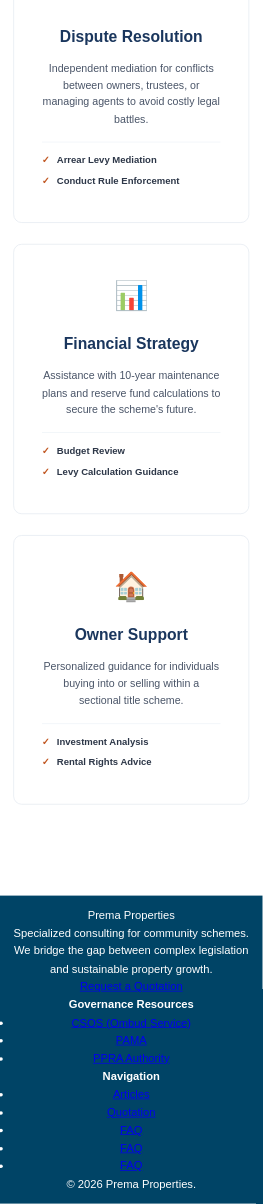
Repository: mnqobiMenzi/Prema-Properties
Page: services.html
The author's editor kept a copy of each file at every save. The page is drawn from the files as they stood at one save, then again after the next save.
The browser window is 375 px wide. The pictures show the part of the page from y = 1128 to 3368 px (the page is 2848 px tall before and 3368 px after), at 70% of full size.

Above is the page before, as saved 2026-02-08 10:47:41.

### services.html
<!DOCTYPE html>
<html lang="en">
<head>
  <meta charset="UTF-8">
  <meta name="viewport" content="width=device-width, initial-scale=1.0">
  <title>Prema Properties</title>
  <link rel="stylesheet" href="CSS/style.css">
</head>
<body>

  <!-- Header / Navigation -->
  <header>
    <div class="logo">Prema Properties</div>
    <nav>
      <a href="index.html">Home</a>
      <a href="about-us.html">About</a>
      <a href="contact-us.html">Contact</a>
      <a href="#services" class="active">Services</a>
      <a href="appointment.html">Book an Appointment</a>
      <a href="quote.html">Get a quotation</a>
      <a href="FAQ.html">FAQ</a>
    </nav>
  </header>
  <!-- Services Section -->
 <section id="services" class="services-page container reveal">
  <div class="services-intro">
    <span class="label">Our Expertise</span>
    <h2>Specialized Sectional Title Solutions</h2>
    <p>Providing end-to-end guidance for Trustees, Bodies Corporate, and Owners.</p>
  </div>

  <div class="service-grid">
    <div class="service-card">
      <div class="service-icon">⚖️</div>
      <h3>Sectional Title Consultation</h3>
      <p>Expert interpretation of the STSM Act and CSOS regulations to ensure your scheme remains fully compliant.</p>
      <ul class="service-features">
        <li>Rule Drafting & Amendment</li>
        <li>Governance Audits</li>
      </ul>
    </div>

    <div class="service-card">
      <div class="service-icon">🤝</div>
      <h3>Dispute Resolution</h3>
      <p>Independent mediation for conflicts between owners, trustees, or managing agents to avoid costly legal battles.</p>
      <ul class="service-features">
        <li>Arrear Levy Mediation</li>
        <li>Conduct Rule Enforcement</li>
      </ul>
    </div>

    <div class="service-card">
      <div class="service-icon">📊</div>
      <h3>Financial Strategy</h3>
      <p>Assistance with 10-year maintenance plans and reserve fund calculations to secure the scheme's future.</p>
      <ul class="service-features">
        <li>Budget Review</li>
        <li>Levy Calculation Guidance</li>
      </ul>
    </div>

    <div class="service-card">
      <div class="service-icon">🏠</div>
      <h3>Owner Support</h3>
      <p>Personalized guidance for individuals buying into or selling within a sectional title scheme.</p>
      <ul class="service-features">
        <li>Investment Analysis</li>
        <li>Rental Rights Advice</li>
      </ul>
    </div>
  </div>
</section>
  <!-- Footer -->
  <div id="footer-placeholder"></div>
  <script src="JavaScript/script.js"></script>
</body>
</html>

### CSS/style.css
* {
  margin: 0;
  padding: 0;
  box-sizing: border-box;
  font-family: Arial, sans-serif;
}

.my-custom-icon {
    font-size: 24px;
    color: #0c4a6e;
}
body {
  line-height: 1.6;
  color: #333;
}

/* Header */
header {
  position: sticky;
  top: 0;
  display: flex;
  justify-content: space-between;
  align-items: center;
  padding: 15px 30px;
  background: #004466;
  color: #fff;
  z-index: 1000;
}
header .logo {
  font-size: 1.5em;
  font-weight: 700;
  font-family: 'Poppins', sans-serif;
  color: #fff;
  letter-spacing: 1px;
  display: flex;
  align-items: center;
}
header nav a {
  margin: 0 10px;
  color: #fff;
  padding: 8px 15px;
  border-radius: 5px;
  text-decoration: none;
  font-weight: 500;
  font-family: 'Poppins', sans-serif;
  transition: color 0.3s ease, border-bottom 0.3s ease;
}

header nav a:hover {
  color: #fff;
  background: rgba(128, 128, 128, 0.3);
  padding-bottom: 3px;
}
/* Active link */
header nav a.active {
  background: rgba(128, 128, 128, 0.3);
  font-weight: bold;
  color: rgb(223, 223, 71);
}
/* Hero */
.hero {
  background-image: url('C:/Users/21311/OneDrive/Desktop/Prema Properties/images/Sectional-Title-Disputes.jpg');
  background-repeat: no-repeat;
  background-size: cover;
  height: 120vh;
  width: 100%;
  background-color: #3f607d;
  color: white;
  text-align: center;
  padding: 85mm 20px;
  position: relative;
}
/* Optional: overlay for better text readability */
.hero::before {
  content: "";
  position: absolute;
  top: 0;
  left: 0;
  width: 100%;
  height: 100%;
  background: rgba(0,0,0,0.4); /* dark overlay */
  z-index: 1;
}

.hero h1, .hero p, .hero .btn {
  position: relative;
  z-index: 2; /* ensure text is above overlay */
}

.hero h1 {
  font-size: 2.5em;
}
.hero .btn {
  display: inline-block;
  margin-top: 20px;
  padding: 10px 20px;
  background: rgb(223, 223, 71);
  color: black;
  border-radius: 5px;
  text-decoration: none;
}

/* Custom color for the "Get in Touch" button */
#contact {
    /* Use a contrasting color for the primary CTA */
    /*background: #f7b731; /* A distinct gold/yellow color */
    color: #1a1a1a;      /* Ensure text is dark and readable */
}

/* Custom color for the "Get a Quote" button */
#quote {
    /* Use your brand's dark blue/teal color */
    background: #0c4a6e; /* A deep blue color */
    color: white;        /* White text for contrast */
}

.hero .btn {
  display: inline-block;
  margin-top: 20px;
  padding: 10px 20px;
  background: rgb(223, 223, 71);
  color: black;
  border-radius: 5px;
  text-decoration: none;
}

/* Optional: Custom hover effect for the 'Get a Quote' button */
#quote:hover {
    background:  rgba(128, 128, 128, 0.3); /* Darken the blue slightly on hover */
}
/* Sections */
section {
  padding: 50px 20px;
  text-align: center;
}

.services{
  background-color: rgba(219, 214, 214, 0.3);
}
.services .service-list{
    display: grid;
    justify-content: center;
    grid-template-columns: repeat(auto-fit, minmax(200px, 1fr));
    gap: 20px;
    margin-top: 20px;
}

.service {
  background-color: rgba(128, 128, 128, 0.3);
  padding: 10px 10px;
  border-radius: 10px;
  height: 100%;
  width: 100%;
  text-align: center;
}

.service .service-description{
  text-align: left;
}
/* Target the parent section */
.about {
    display: flex;
    justify-content: space-around;
    align-items: flex-start;
    padding: 40px 60px;
    margin-top: 10px;
}

.about article:first-child {
    width: 25%;
    text-align: left;
}

.about article:last-child {
    width: 65%;
    text-align: left;
}

.about-article h2{
  font-weight: bolder;
  font-size: 2.2rem;
}

section article p{
  padding-bottom: 10mm;
}

section article a{
  text-decoration: none;
  color: #352812;
  font-weight: bolder;
  font-size: 1.8rem;
}

/* Contact */
.contact form {
  display: flex;
  flex-direction: column;
  max-width: 400px;
  margin: auto;
}

.contact input, .contact textarea {
  margin-bottom: 15px;
  padding: 10px;
  border: 1px solid #ddd;
  border-radius: 5px;
}

.contact button {
  padding: 10px;
  border: none;
  background: #004466;
  color: white;
  cursor: pointer;
  border-radius: 5px;
}


.choose-content {
  display: flex;              /* Makes text + image side by side */
  align-items: center;        /* Aligns them vertically */
  justify-content: space-between;
  gap: 20px;                  /* Space between text and image */
}

.choose-text {
  flex: 1;                    /* Take available space */
  max-width: 50%;             /* Text side only half width */
}

.choose-text h3 {
  font-size: 1.5rem;
  margin-bottom: 15px;
  color: #333;
}

.choose-text p {
  line-height: 1.6;
  color: #555;
  text-align
}

.choose-image {
  flex: 1;
  max-width: 50%;             /* Image takes half width */
}

.choose-image img {
  width: 100%;
  height: auto;
  border-radius: 10px;        /* Rounded corners for style */
  box-shadow: 0 4px 10px rgba(0,0,0,0.1); /* Subtle shadow */
}
.contact button:hover {
  background: #00334d;
}



/*About Page*/
/* Color Palette */
:root {
  --primary: #1a365d; /* Professional Navy */
  --secondary: #c05621; /* Earthy accent for trust */
  --light-bg: #f7fafc;
  --text-dark: #2d3748;
}

/* Header/Nav Updates */
header {
  display: flex;
  justify-content: space-between;
  align-items: center;
  padding: 20px 5%;
  /* background: white; */
  box-shadow: 0 2px 5px rgba(0,0,0,0.1);
}

nav a {
  margin-left: 20px;
  text-decoration: none;
  color: var(--text-dark);
  font-weight: 500;
}

nav a.active { color: var(--secondary); border-bottom: 2px solid var(--secondary); }

/* About Page Layout */
.about-container {
  padding: 60px 5%;
  color: var(--text-dark);
}

.about-hero {
  text-align: center;
  padding-bottom: 50px;
}

.about-hero h1 { font-size: 2.5rem; color: var(--primary); }

.lead { font-size: 1.2rem; color: #718096; max-width: 700px; margin: 10px auto; }

/* Values Grid */
.values-grid {
  display: grid;
  grid-template-columns: repeat(auto-fit, minmax(280px, 1fr));
  gap: 30px;
  margin-top: 50px;
}

.value-item {
  background: white;
  padding: 40px;
  border-radius: 12px;
  border-bottom: 4px solid var(--primary);
  box-shadow: 0 10px 15px -3px rgba(0,0,0,0.1);
  text-align: center;
}

.value-item .icon { font-size: 2.5rem; display: block; margin-bottom: 15px; }

.value-item h3 { color: var(--primary); margin-bottom: 10px; }

/* --- Director Section --- */

.director-section {
  padding: 80px 5%;
  background-color: #ffffff; /* Contrast against the light-bg used elsewhere */
}

.director-container {
  display: flex;
  align-items: center;
  justify-content: center;
  gap: 60px;
  max-width: 1100px;
  margin: 0 auto;
}

.director-image {
  flex: 1;
  max-width: 400px;
}

.director-image img {
  width: 100%;
  height: auto;
  border-radius: 8px;
  /* Using your primary color for a sophisticated shadow effect */
  box-shadow: 20px 20px 0px var(--light-bg), 21px 21px 0px var(--primary);
}

.director-info {
  flex: 1.5;
}

.director-info .label {
  color: var(--secondary);
  text-transform: uppercase;
  font-weight: 700;
  font-size: 0.85rem;
  letter-spacing: 1.5px;
  display: block;
  margin-bottom: 10px;
}

.director-info h2 {
  font-size: 2.5rem;
  color: var(--primary);
  margin: 0 0 5px 0;
}

.credentials {
  font-size: 1.1rem;
  color: #4a5568;
  font-weight: 600;
  margin-bottom: 20px;
}

.director-info p {
  margin-bottom: 15px;
  line-height: 1.8;
  color: var(--text-dark);
}

.director-social {
  margin-top: 25px;
}

.linkedin-link {
  display: inline-flex;
  align-items: center;
  color: var(--primary);
  text-decoration: none;
  font-weight: bold;
  transition: color 0.3s ease;
}

.linkedin-link:hover {
  color: var(--secondary);
}

/* --- Responsive Adjustments --- */

@media (max-width: 992px) {
  .director-container {
    flex-direction: column;
    text-align: center;
    gap: 40px;
  }

  .director-image img {
    box-shadow: 15px 15px 0px var(--light-bg); /* Simplified for mobile */
  }

  .linkedin-link {
    justify-content: center;
  }
}

/* Contact Page Layout */
.contact-page {
  padding: 100px 5%;
}

.contact-wrapper {
  display: grid;
  grid-template-columns: 1fr 1.2fr;
  gap: 80px;
  background: var(--white);
  border-radius: 15px;
}

.contact-info h2 {
  font-size: 2.5rem;
  color: var(--primary);
  margin-bottom: 20px;
}

.info-details {
  margin-top: 40px;
}

.info-item {
  margin-bottom: 25px;
}

.info-item strong {
  display: block;
  color: var(--secondary);
  font-size: 0.9rem;
  text-transform: uppercase;
  margin-bottom: 5px;
}

/* Form Styling */
.contact-form-container {
  background: var(--light-bg);
  padding: 40px;
  border-radius: 12px;
  box-shadow: 0 10px 30px rgba(0,0,0,0.05);
}

.form-group {
  margin-bottom: 20px;
}

input, select, textarea {
  width: 100%;
  padding: 15px;
  border: 1px solid #dddddd;
  border-radius: 5px;
  font-family: inherit;
  font-size: 1rem;
  transition: var(--transition);
}

input:focus, select:focus, textarea:focus {
  outline: none;
  border-color: var(--primary);
  box-shadow: 0 0 0 3px rgba(26, 54, 93, 0.1);
}

.submit-btn {
  width: 100%;
  background: var(--primary);
  color: white;
  padding: 15px;
  border: none;
  border-radius: 5px;
  font-weight: 700;
  text-transform: uppercase;
  cursor: pointer;
  transition: var(--transition);
}

.submit-btn:hover {
  background: var(--secondary);
  transform: translateY(-2px);
}

/* Mobile Responsive */
@media (max-width: 992px) {
  .contact-wrapper {
    grid-template-columns: 1fr;
    gap: 50px;
  }
}

/* Services Page Layout */
.services-page {
  padding: 80px 5%;
}

.services-intro {
  text-align: center;
  margin-bottom: 60px;
}

.services-intro h2 {
  font-size: 2.5rem;
  color: var(--primary);
  margin-top: 10px;
}

/* Service Grid */
.service-grid {
  display: grid;
  grid-template-columns: repeat(auto-fit, minmax(280px, 1fr));
  gap: 30px;
}

.service-card {
  background: var(--white);
  padding: 40px;
  border-radius: 12px;
  border: 1px solid #e2e8f0;
  transition: var(--transition);
  display: flex;
  flex-direction: column;
}

.service-card:hover {
  transform: translateY(-10px);
  border-color: var(--secondary);
  box-shadow: 0 20px 25px -5px rgba(0, 0, 0, 0.1);
}

.service-icon {
  font-size: 2.5rem;
  margin-bottom: 20px;
}

.service-card h3 {
  color: var(--primary);
  margin-bottom: 15px;
  font-size: 1.4rem;
}

.service-card p {
  color: #4a5568;
  font-size: 0.95rem;
  margin-bottom: 20px;
  flex-grow: 1;
}

.service-features {
  list-style: none;
  padding: 0;
  border-top: 1px solid #edf2f7;
  padding-top: 15px;
}

.service-features li {
  font-size: 0.85rem;
  color: var(--text-dark);
  margin-bottom: 8px;
  font-weight: 600;
  display: flex;
  align-items: center;
}

.service-features li::before {
  content: "✓";
  color: var(--secondary);
  margin-right: 10px;
  font-weight: bold;
}

/* Appointment Specifics */
.appointment-grid {
  display: grid;
  grid-template-columns: 1fr 1.5fr;
  gap: 60px;
  padding: 80px 0;
}

.appointment-info h2 {
  font-size: 2.8rem;
  color: var(--primary);
  margin-bottom: 20px;
}

.meeting-types {
  margin-top: 30px;
}

.m-type {
  padding: 15px;
  background: var(--light-bg);
  border-left: 4px solid var(--secondary);
  margin-bottom: 15px;
  border-radius: 0 8px 8px 0;
}

.m-type strong {
  display: block;
  color: var(--primary);
}

.m-type span {
  font-size: 0.85rem;
  color: #666;
}

/* Booking Card */
.booking-card {
  background: white;
  padding: 40px;
  border-radius: 15px;
  box-shadow: 0 15px 35px rgba(0,0,0,0.1);
}

.form-row {
  display: flex;
  gap: 20px;
  margin-bottom: 20px;
}

.form-row input {
  flex: 1;
}

label {
  display: block;
  font-weight: 700;
  margin-bottom: 8px;
  font-size: 0.9rem;
  color: var(--primary);
}

/* Responsive */
@media (max-width: 850px) {
  .appointment-grid {
    grid-template-columns: 1fr;
  }
}

/* Quote Page Styles */
.quote-header {
  text-align: center;
  padding: 60px 0 40px;
}

.quote-header h1 {
  color: var(--primary);
  font-size: 2.5rem;
}

.quote-container {
  max-width: 800px;
  margin: 0 auto;
  background: var(--white);
  padding: 40px;
  border-radius: 12px;
  box-shadow: 0 10px 40px rgba(0,0,0,0.05);
  border-top: 6px solid var(--secondary);
}

.form-section {
  margin-bottom: 40px;
}

.form-section h3 {
  color: var(--primary);
  border-bottom: 1px solid #eee;
  padding-bottom: 10px;
  margin-bottom: 20px;
  font-size: 1.2rem;
}

.form-hint {
  font-size: 0.9rem;
  margin-bottom: 15px;
  color: #666;
}

/* Checkbox Grid */
.checkbox-grid {
  display: grid;
  grid-template-columns: 1fr 1fr;
  gap: 15px;
  margin-bottom: 20px;
}

.checkbox-grid label {
  display: flex;
  align-items: center;
  gap: 10px;
  font-weight: normal;
  cursor: pointer;
  background: var(--light-bg);
  padding: 10px;
  border-radius: 5px;
  transition: var(--transition);
}

.checkbox-grid label:hover {
  background: #edf2f7;
}

.checkbox-grid input[type="checkbox"] {
  width: auto;
  margin: 0;
}

/* FAQ Specific Styles */
.faq-header {
  text-align: center;
  padding: 60px 0 40px;
}

.faq-container {
  max-width: 800px;
  margin: 0 auto 100px;
}

.faq-item {
  border-bottom: 1px solid #e2e8f0;
  margin-bottom: 10px;
}

.faq-question {
  width: 100%;
  padding: 20px;
  background: none;
  border: none;
  display: flex;
  justify-content: space-between;
  align-items: center;
  text-align: left;
  font-size: 1.15rem;
  font-weight: 600;
  color: var(--primary);
  cursor: pointer;
  transition: var(--transition);
}

.faq-question:hover {
  color: var(--secondary);
}

.faq-question span {
  font-size: 1.5rem;
  color: var(--secondary);
  transition: transform 0.3s ease;
}

.faq-answer {
  max-height: 0;
  overflow: hidden;
  transition: max-height 0.3s ease-out;
  padding: 0 20px;
}

.faq-answer p {
  padding-bottom: 20px;
  color: #4a5568;
  line-height: 1.8;
}

/* State when active */
.faq-item.active .faq-answer {
  max-height: 300px; /* Adjust based on content length */
}

.faq-item.active .faq-question span {
  transform: rotate(45deg); /* Turns + into x or - */
}

/* Articles Page Styling */
.articles-header {
  padding: 60px 0;
  text-align: center;
}

.category-tag {
  background: var(--secondary);
  color: white;
  padding: 5px 12px;
  font-size: 0.75rem;
  font-weight: bold;
  text-transform: uppercase;
  border-radius: 4px;
  display: inline-block;
  margin-bottom: 15px;
}

/* Featured Post */
.featured-post {
  background: var(--primary);
  color: white;
  padding: 60px;
  border-radius: 12px;
  margin-bottom: 60px;
  position: relative;
  overflow: hidden;
}

.featured-post h2 {
  font-size: 2.2rem;
  margin-bottom: 15px;
}

.featured-post p {
  max-width: 600px;
  opacity: 0.9;
  margin-bottom: 25px;
}

.read-more {
  color: var(--secondary);
  font-weight: bold;
  text-decoration: none;
}

/* Grid Styling */
.articles-grid {
  display: grid;
  grid-template-columns: repeat(auto-fit, minmax(300px, 1fr));
  gap: 30px;
  margin-bottom: 80px;
}

.post-card {
  background: var(--light-bg);
  padding: 30px;
  border-radius: 8px;
  transition: var(--transition);
}

.post-card:hover {
  background: white;
  box-shadow: 0 10px 20px rgba(0,0,0,0.1);
  transform: translateY(-5px);
}

.post-card h3 {
  color: var(--primary);
  margin-bottom: 10px;
}

.post-card a {
  display: inline-block;
  margin-top: 15px;
  color: var(--primary);
  font-weight: bold;
  text-decoration: none;
  font-size: 0.9rem;
}

/* Footer */
footer {
  background: var(--primary);
  color: white;
  text-align: center;
  padding: 30px;
  margin-top: 50px;
}

/* Footer */
footer {
  background: #004466;
  color: #fff;
  text-align: center;
  padding: 15px;
}

### JavaScript/script.js
document.addEventListener("DOMContentLoaded", function() {
    fetch("footer.html")
        .then(response => response.text())
        .then(data => {
            document.getElementById("footer-placeholder").innerHTML = data;
        })
        .catch(error => console.error('Error loading the footer:', error));
});

### footer.html
<!DOCTYPE html>
<html lang="en">
<head>
    <meta charset="UTF-8">
    <meta name="viewport" content="width=device-width, initial-scale=1.0">
    <title>Document</title>
</head>
<body>
    <footer class="main-footer">
  <div class="container footer-grid">
    <div class="footer-column brand-info">
      <div class="logo">Prema Properties</div>
      <p>Specialized consulting for community schemes. We bridge the gap between complex legislation and sustainable property growth.</p>
      <a href="quote.html" class="footer-cta-btn">Request a Quotation</a>
    </div>

    <div class="footer-column">
      <h4>Governance Resources</h4>
      <ul>
        <li><a href="https://www.csos.org.za/" target="_blank">CSOS (Ombud Service)</a></li>
        <li><a href="https://www.pama.org.za/" target="_blank">PAMA</a></li>
        <li><a href="https://www.eaab.org.za/" target="_blank">PPRA Authority</a></li>
      </ul>
    </div>

    <div class="footer-column">
      <h4>Navigation</h4>
      <ul>
        <li><a href="articles.html">Articles</a></li>
        <li><a href="quote.html">Quotation</a></li>
        <li><a href="FAQ.html">FAQ</a></li>
        <li><a href="about-us.html">FAQ</a></li>
        <li><a href="contact-us.html">FAQ</a></li>
      </ul>
    </div>
  </div>
  <div class="footer-bottom">
    <div class="container"><p>&copy; 2026 Prema Properties.</p></div>
  </div>
</footer>
</body>
</html>

After the next save:
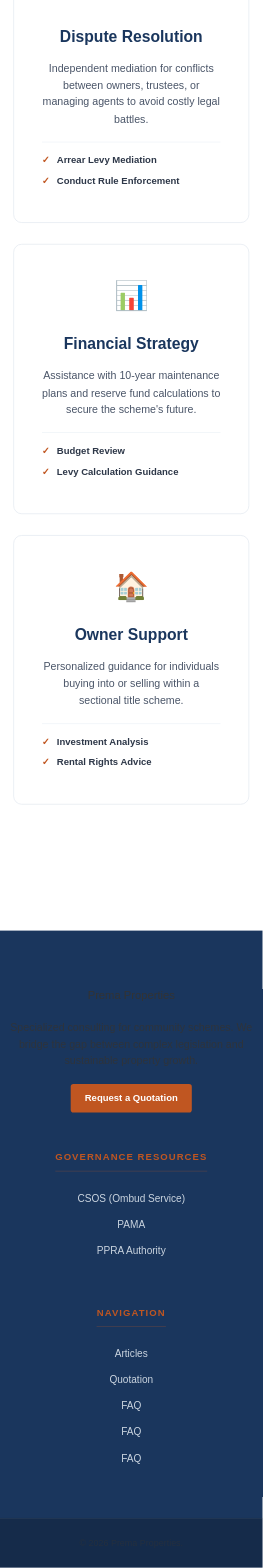
Saved 42 s later.
--- a/CSS/style.css
+++ b/CSS/style.css
@@ -880,9 +880,102 @@ footer {
 }
 
 /* Footer */
-footer {
-  background: #004466;
-  color: #fff;
-  text-align: center;
-  padding: 15px;
-}
+/* --- Professional Resource Footer --- */
+.main-footer {
+  background-color: var(--primary); /* Professional Navy */
+  color: var(--white);
+  padding: 80px 0 0 0;
+  margin-top: 100px;
+}
+
+.footer-grid {
+  display: grid;
+  grid-template-columns: 1.5fr 1fr 1fr 1fr; /* First column wider for brand info */
+  gap: 40px;
+  padding-bottom: 60px;
+}
+
+.footer-column h4 {
+  color: var(--secondary); /* Earthy Orange */
+  text-transform: uppercase;
+  font-size: 0.85rem;
+  letter-spacing: 1.5px;
+  margin-bottom: 25px;
+  border-bottom: 1px solid rgba(192, 86, 33, 0.3); /* Subtle orange underline */
+  padding-bottom: 8px;
+  display: inline-block;
+}
+
+.footer-column ul {
+  list-style: none;
+  padding: 0;
+}
+
+.footer-column ul li {
+  margin-bottom: 12px;
+}
+
+.footer-column ul li a {
+  color: #cbd5e0; /* Softer white for links */
+  text-decoration: none;
+  font-size: 0.9rem;
+  transition: var(--transition);
+}
+
+.footer-column ul li a:hover {
+  color: var(--white);
+  padding-left: 5px; /* Subtle movement on hover */
+}
+
+/* Brand Column Specifics */
+.brand-info p {
+  font-size: 0.95rem;
+  opacity: 0.8;
+  margin: 20px 0;
+  line-height: 1.6;
+}
+
+.footer-cta-btn {
+  display: inline-block;
+  background: var(--secondary);
+  color: white;
+  padding: 10px 20px;
+  border-radius: 4px;
+  text-decoration: none;
+  font-weight: bold;
+  font-size: 0.85rem;
+  transition: var(--transition);
+}
+
+.footer-cta-btn:hover {
+  background: var(--white);
+  color: var(--primary);
+}
+
+/* Footer Bottom Bar */
+.footer-bottom {
+  background: rgba(0, 0, 0, 0.2);
+  padding: 25px 0;
+  text-align: center;
+  border-top: 1px solid rgba(255, 255, 255, 0.1);
+}
+
+.footer-bottom p {
+  font-size: 0.8rem;
+  opacity: 0.5;
+}
+
+/* --- Mobile View --- */
+@media (max-width: 992px) {
+  .footer-grid {
+    grid-template-columns: 1fr 1fr;
+    gap: 50px;
+  }
+}
+
+@media (max-width: 600px) {
+  .footer-grid {
+    grid-template-columns: 1fr;
+    text-align: center;
+  }
+}
